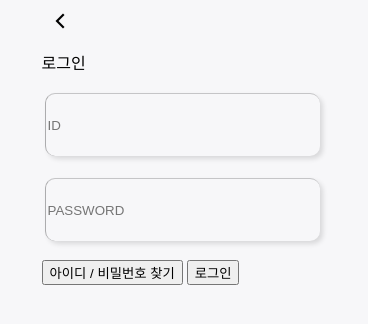
Repository: PEPI-dev/UI
Page: login/login.html
The author's editor kept a copy of each file at every save. The page is drawn from the files as they stood at one save, then again after the next save.
The browser window is 360 px wide. The page is 368 px wide, so the pictures cover 368 px, including what lies to the right of the window. The pictures show the whole page.

Above is the page before, as saved 2023-12-04 15:18:50.

After the next save:
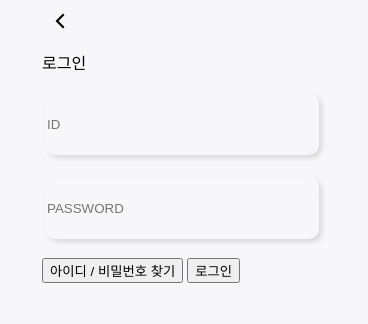
Saved 57 s later.
--- a/login/login.css
+++ b/login/login.css
@@ -7,11 +7,6 @@
 @font-face {
     font-family: 'sub_font';
     src: url(../a_font/NPSfont_regular.ttf);
-}
-
-h3{
-    margin-bottom: 10px;
-    margin-right: 12px;
 }
 
 body{
@@ -24,6 +19,25 @@
 
 #logo{
     font-family: 'main_font';
+}
+
+#login-header {
+    display: flex;
+    align-items: center;
+}
+
+#back {
+    border: none;
+    background: none;
+    cursor: pointer;
+    display: flex;
+    align-items: center;
+}
+
+#back img {
+    width: 24px;
+    height: 24px;
+    margin-right: 5px;
 }
 
 .input_form {
@@ -41,28 +55,4 @@
     border-width: 0;
     outline: none;
     border: none;
-    border-top: 0.5px solid rgba(0, 0, 0, 0.2);
-    border-left: 0.5px solid rgba(0, 0, 0, 0.3);
-}
-
-@media screen and (max-width: 360px) {
-    body {
-        height: auto;
-    }
-
-    #back {
-        border: none;
-        background: none;
-        cursor: pointer;
-        display: flex;
-        align-items: center;
-    }
-
-    #back img {
-        width: 24px;
-        height: 24px;
-        margin-right: 5px;
-    }
-
-
-}
+    border-top:

After the save that followed:
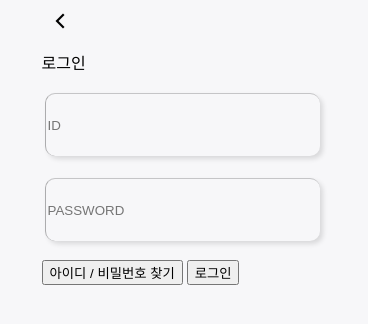
Saved 7 s later.
--- a/login/login.css
+++ b/login/login.css
@@ -55,4 +55,12 @@
     border-width: 0;
     outline: none;
     border: none;
-    border-top:
+    border-top: 0.5px solid rgba(0, 0, 0, 0.2);
+    border-left: 0.5px solid rgba(0, 0, 0, 0.3);
+}
+
+@media screen and (max-width: 360px) {
+    body {
+        height: auto;
+    }
+}
